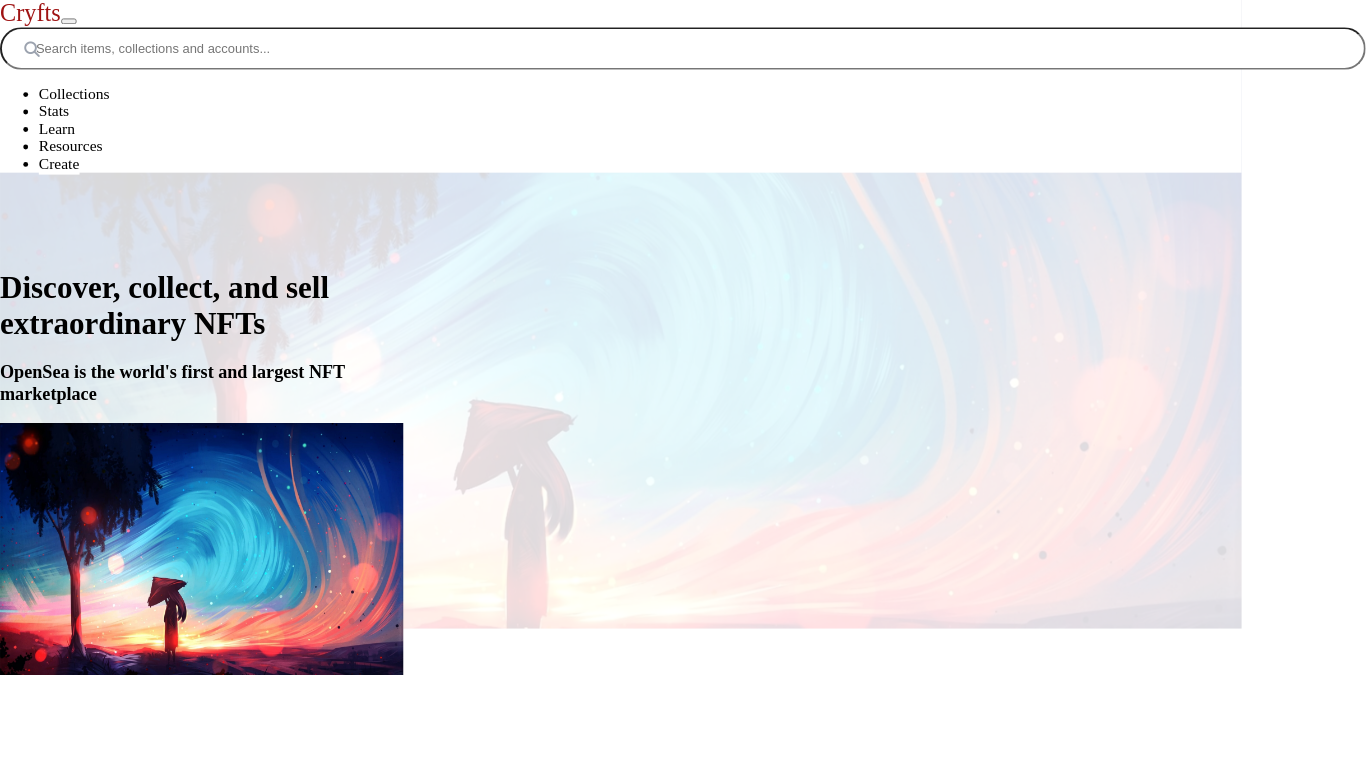
Repository: Huzaifa-2609/opensea_project
Page: /
The author's editor kept a copy of each file at every save. The page is drawn from the files as they stood at one save, then again after the next save.
The browser window is 1280 px wide. The page is 1408 px wide, so the pictures cover 1408 px, including what lies to the right of the window. The pictures show the whole page, at 97% of full size.
Some web libraries are served in a nearby version. The project was rebuilt for these pictures with package versions that can differ from the ones it lists, and the page was loaded fresh each time. The framework's server and built-in components were replaced by stand-ins that run in the browser. Also part of the build but not shown: next.config.js, styles/Home.module.css.

Above is the page before, as saved 2022-07-09 18:47:23.

### pages/_app.js
import Navbar from '../components/Navbar'
import '../styles/globals.css'
import Head from "next/head"
import Script from 'next/script'
import "../styles/hero.css"
function MyApp({ Component, pageProps }) {
  return(
    <>
    <Script src="https://kit.fontawesome.com/30bda3e318.js" crossorigin="anonymous"></Script>
    <Script src="https://cdn.jsdelivr.net/npm/bootstrap@5.2.0-beta1/dist/js/bootstrap.bundle.min.js" integrity="sha384-pprn3073KE6tl6bjs2QrFaJGz5/SUsLqktiwsUTF55Jfv3qYSDhgCecCxMW52nD2" crossOrigin="anonymous"></Script>
    <Navbar title={"Cryfts"}/>
  <Component {...pageProps} />
  </>
  )
}

export default MyApp

### pages/_document.js
import { Html, Head, Main, NextScript } from 'next/document'

export default function Document() {
  return (
    <Html>
      <Head>
      <link href="https://cdn.jsdelivr.net/npm/bootstrap@5.2.0-beta1/dist/css/bootstrap.min.css" rel="stylesheet" integrity="sha384-0evHe/X+R7YkIZDRvuzKMRqM+OrBnVFBL6DOitfPri4tjfHxaWutUpFmBp4vmVor" crossOrigin="anonymous"/>
      </Head>
      <body>
        <Main />
        <NextScript />
      </body>
    </Html>
  )
}

### pages/index.js
import Head from 'next/head'
import Image from 'next/image'
import Hero from '../components/Hero'
import styles from '../styles/Home.module.css'

export default function Home() {
  return (
    <>
    <div>
      <Head>
        <title>Create Next App</title>
        <meta name="description" content="Generated by create next app" />
        <link rel="icon" href="/favicon.ico" />
      </Head>
         </div>
      <Hero/>
      </>
  )
}

### components/Navbar.js
import React from 'react'
import Link from 'next/link'
import { useRouter } from 'next/router'
const Navbar = (props) => {
  const location=useRouter();
  return (
    <div>
      <nav className="navbar shadow-sm fixed-top navbar-expand-lg navbar-light">
  <div className="container-fluid">
    <a className="navbar-brand text-color fw-bolder ml-2" href="/">{props.title}</a>
    <button className="navbar-toggler" type="button" data-bs-toggle="collapse" data-bs-target="#navbarSupportedContent" aria-controls="navbarSupportedContent" aria-expanded="false" aria-label="Toggle navigation">
      <span className="navbar-toggler-icon"></span>
    </button>

    <div className="collapse navbar-collapse" style={{width:"50%"}} id="navbarSupportedContent">

            <div className="row height d-flex justify-content-center align-items-center">

                <div className="form">
                  <i className="fa fa-search"></i>
                  <input type="text" className="form-control form-input" placeholder="Search items, collections and accounts..."/>
                </div>

            </div>


      <ul className="navbar-nav gap-4 m-auto mb-2 mb-lg-0 fw-bold" style={location.pathname==="/signup"?{visibility:"hidden"}:{}}>
      <li className="nav-item">
          <Link href="/collections/0x7132e1d414161A232c2027aE6C66D7914649bA66"><a className="nav-link " aria-current="page" >Collections</a></Link>
        </li>
        <li className="nav-item">
          <Link href="/"><a className="nav-link" aria-current="page" >Stats</a></Link>
        </li>
        <li className="nav-item">
          <Link href="/"><a className="nav-link " >Learn</a></Link>
        </li>

        <li className="nav-item dropdown">
          <Link href="/"><a className="nav-link dropdown-toggle pe-none"  id="navbarDropdown" role="button" data-bs-toggle="dropdown" aria-expanded="false">
            Resources
          </a></Link>
          <ul className="dropdown-menu" aria-labelledby="navbarDropdown">
            <li><Link href="/"><a className="dropdown-item" >Action</a></Link></li>
            <li><Link href="/"><a className="dropdown-item" >Another action</a></Link></li>
            <li><hr className="dropdown-divider"/></li>
            <li><Link href="/"><a className="dropdown-item" >Something else here</a></Link></li>
          </ul>
        </li>
        <li className="nav-item">
          <Link  href="/"><a className="nav-link">Create</a></Link>
        </li>
      </ul >
      {/* <form className="d-flex" role="search">
        <ul className="navbar-nav gap-3 media" style={location.pathname==="/signup"?{display:"none"}:{}}>
      <li className="nav-item float-right">
          <Link href="/login"><a className="nav-link"  >Sign in</a></Link>
    </li>
      <li className="nav-item mx-2">
    <Link href='/signup'><a className="btn btn1 btn-primary bd-color bg-color"  style={location.pathname==="/signup"?{display:"none"}:{}} type="submit">Get Started</a></Link>
    </li>
        </ul>
      </form> */}
    </div>
  </div>
</nav>
    </div>
  )
}

export default Navbar

### styles/globals.css
:root {
  --light: #9f1313;
  --dark: #8d1212;
}
html,
body {
  padding: 0;
  margin: 0;
  /* font-family: -apple-system, BlinkMacSystemFont, Segoe UI, Roboto, Oxygen,
    Ubuntu, Cantarell, Fira Sans, Droid Sans, Helvetica Neue, sans-serif; */
}

a {
  color: inherit;
  text-decoration: none;
}

* {
  box-sizing: border-box;
}
@media all and (min-width: 992px) {
  .navbar .nav-item .dropdown-menu{ display: none; }
  .navbar .nav-item .nav-link{ border-bottom:3px solid white;  }
  .navbar .nav-item:hover .nav-link{ border-bottom:3px solid var(--light);  }
  .navbar .nav-item:hover .dropdown-menu{ display: block; }
  .navbar .nav-item .dropdown-menu{ margin-top:0; }


}
@media all and (max-width: 992px){
  .pic{display: none;}
  .signup-cls{   margin-top: 15% !important;}
  .signin-cls .card{border:none; box-shadow: none !important;}
  .media{display: none;}
  .empass{flex-direction: column ;}
}

nav {
  /* border-bottom:1px solid #ede4e4; */
  background-color: white;
}
.comp1{
  width: 22rem;
  border: none;

}
.comp{
  margin: 90px 0px;
}
.text-color{
  color: var(--dark);
}
.bg-color{
  background-color: var(--dark);
}
.btn1:hover{
  background-color: var(--light);
  border-color: var(--dark);

}
.bd-color{
  border-color: var(--dark);
}
.navbar-light .navbar-brand{
  color: var(--dark);
}
.navbar-light .navbar-brand:hover{
  color: var(--light);
}
.navbar-brand{
  font-size: 25px;
}
.link-hover :hover{
  color: var(--dark);
}
.form-check-label-color{
  color: var(--dark);
}
.form-outline{
  width: 75%!important;
}
.form-control:focus {
  border-color: #ced4da;
  box-shadow: none!important;
}

/* Navbar search css */
.form{
  position: relative;

}

.form .fa-search{

  position: absolute;
  top:15px;
  left: 25px;
  color: #9ca3af;

}

.form span{

  position: absolute;
  right: 17px;
  top: 13px;
  padding: 2px;
  border-left: 1px solid #d1d5db;

}

.left-pan{
  padding-left: 7px;
}

.left-pan i{

 padding-left: 10px;
}

.form-input{
  width: 220%;
  height: 44px;
  text-indent: 33px;
  border-radius: 40px;
}

.form-input:focus{

  box-shadow: none;
  border:none;
}

### styles/hero.css
/* .body{
} */
/* .bg{
    background: url("../public/nftbg.jpg") no-repeat center center/cover;
} */
.bg::before{
    content: "";
    background:url("../public/nftbg.jpg") no-repeat center center/cover;
    position: absolute;
    height:90%;
    width:100%;
    z-index: -1;
    opacity: 0.15;
    top: 0px;
    left: 0px;
}

### components/Hero.js
import React from "react";
import Image from "next/image";
import img from "../public/nftbg.jpg";

const Hero = () => {
  const style = {
    background: img,
    marginTop: "100px",
    height:"70vh"
  };
  return (
    <>
      <div className="container d-flex justify-content-between bg align-items-center " style={style}>
        <div className="card mb-3 border-0 bg-transparent" style={{ width: "26rem"}}>
          <div className="card-body">
            <h1 className="card-title fs-1">Discover, collect, and sell extraordinary NFTs</h1>
            <h3 className="card-subtitle text-muted mt-3 fs-2">
            OpenSea is the world's first and largest NFT marketplace
            </h3>
          </div>
        </div>
        <div className="card mb-3 border-0 " style={{ width: "26rem"}}>
          <Image src={img} className="card-img-top" alt="..." />
          {/* <div className="card-body">
            <h1 className="card-title">Discover, collect, and sell extraordinary NFTs</h1>
            <h3 className="card-subtitle text-muted mt-3">
            OpenSea is the world's first and largest NFT marketplace
            </h3>
          </div> */}
        </div>
      </div>
    </>
  );
};

export default Hero;

After the next save:
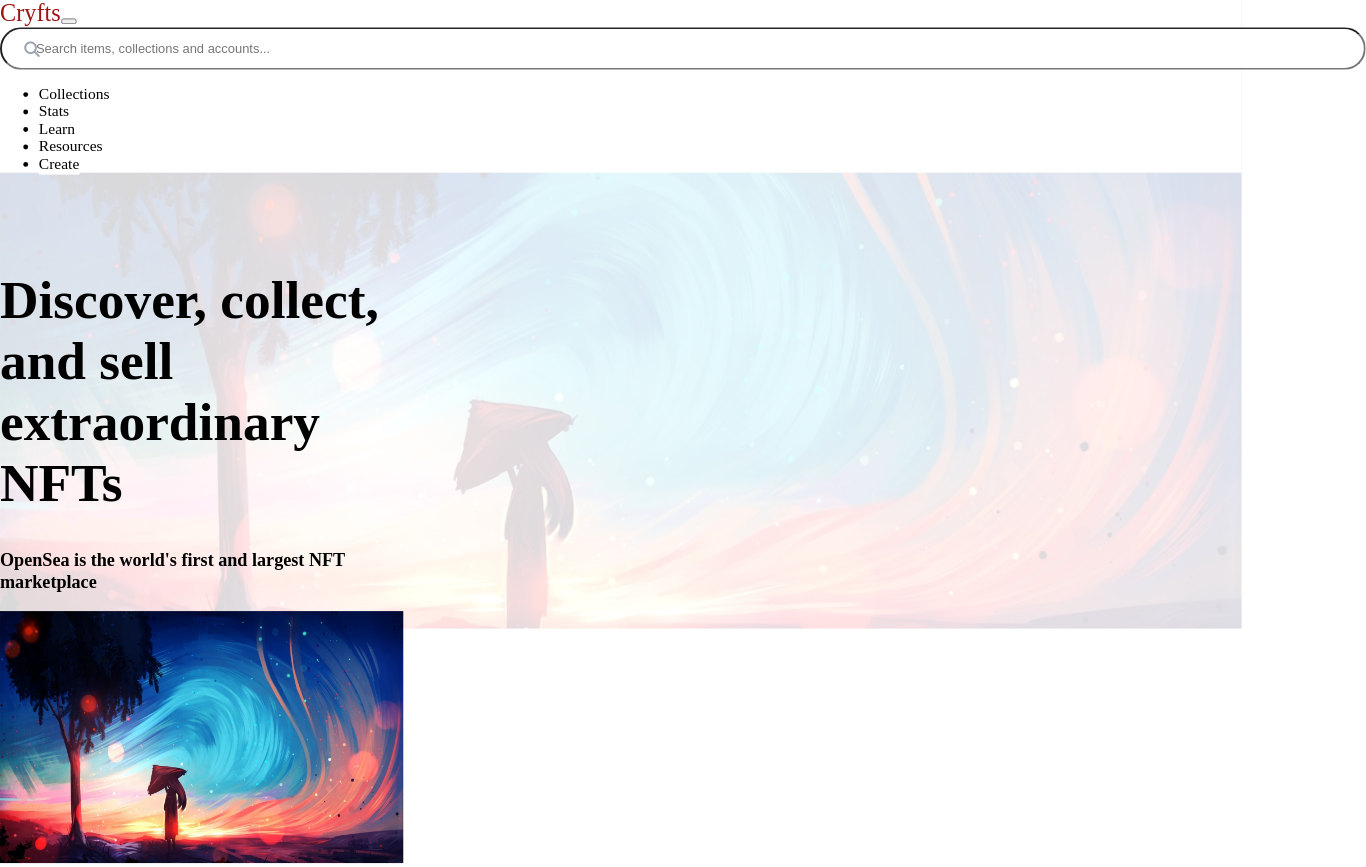
Saved 36 s later.
--- a/components/Hero.js
+++ b/components/Hero.js
@@ -13,8 +13,8 @@ const Hero = () => {
       <div className="container d-flex justify-content-between bg align-items-center " style={style}>
         <div className="card mb-3 border-0 bg-transparent" style={{ width: "26rem"}}>
           <div className="card-body">
-            <h1 className="card-title fs-1">Discover, collect, and sell extraordinary NFTs</h1>
-            <h3 className="card-subtitle text-muted mt-3 fs-2">
+            <h1 className="card-title fs-1" style={{fontSize:"55px"}}>Discover, collect, and sell extraordinary NFTs</h1>
+            <h3 className="card-subtitle text-muted mt-3 fs-2" >
             OpenSea is the world's first and largest NFT marketplace
             </h3>
           </div>
